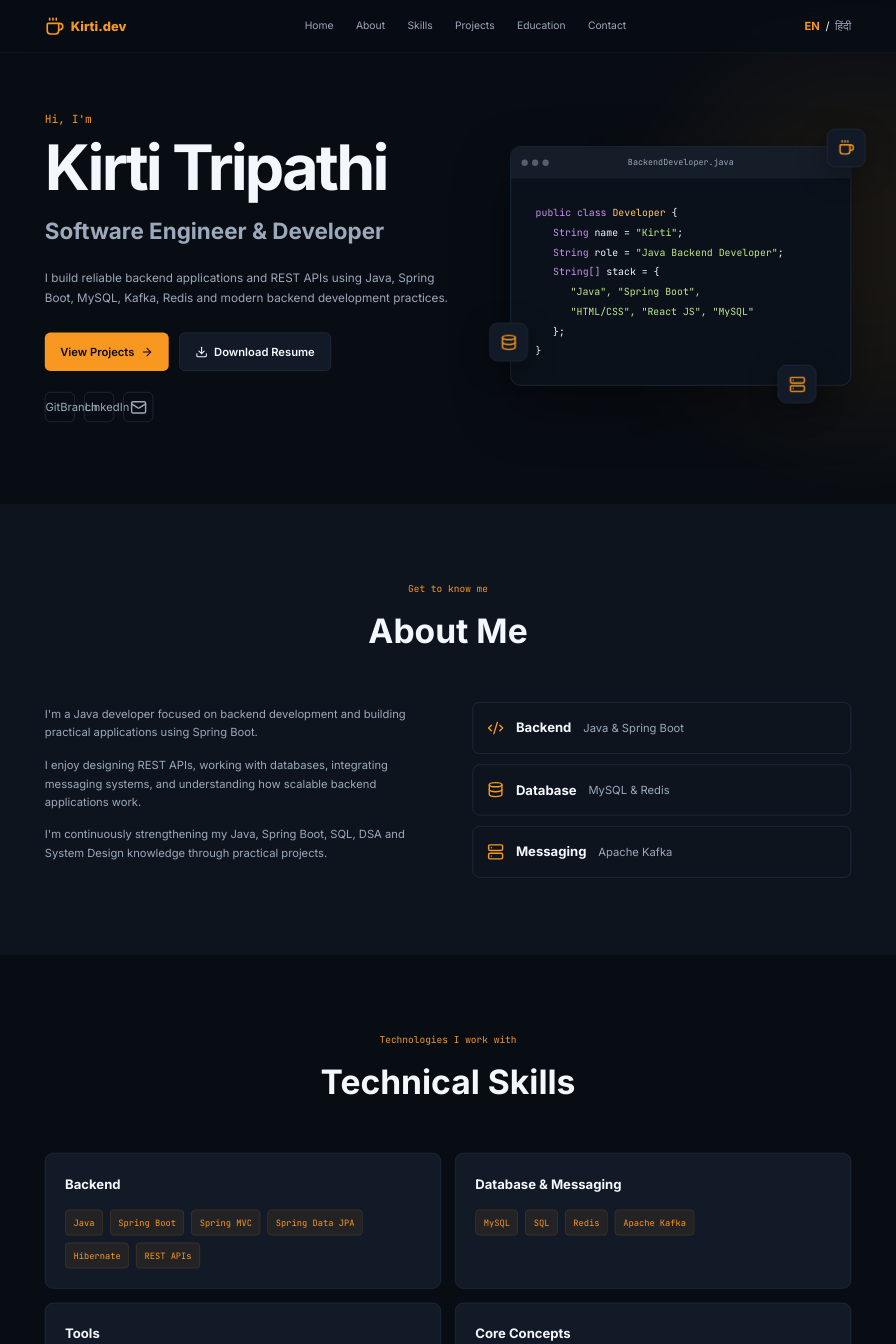
Repository: Rashi-Kirti06/En-Hi-Portfolio
Page: /
The author's editor kept a copy of each file at every save. The page is drawn from the files as they stood at one save, then again after a run of saves.
The browser window is 1280 px wide. The pictures show the part of the page from y = 0 to 1920 px (the page is 4837 px tall before and 4852 px after), at 70% of full size.
The project was rebuilt for these pictures with package versions that can differ from the ones it lists, and the page was loaded fresh each time. Also part of the build but not shown: vite.config.js.

Above is the page before, as saved 2026-09-06 16:03:45.

After the next 7 saves:
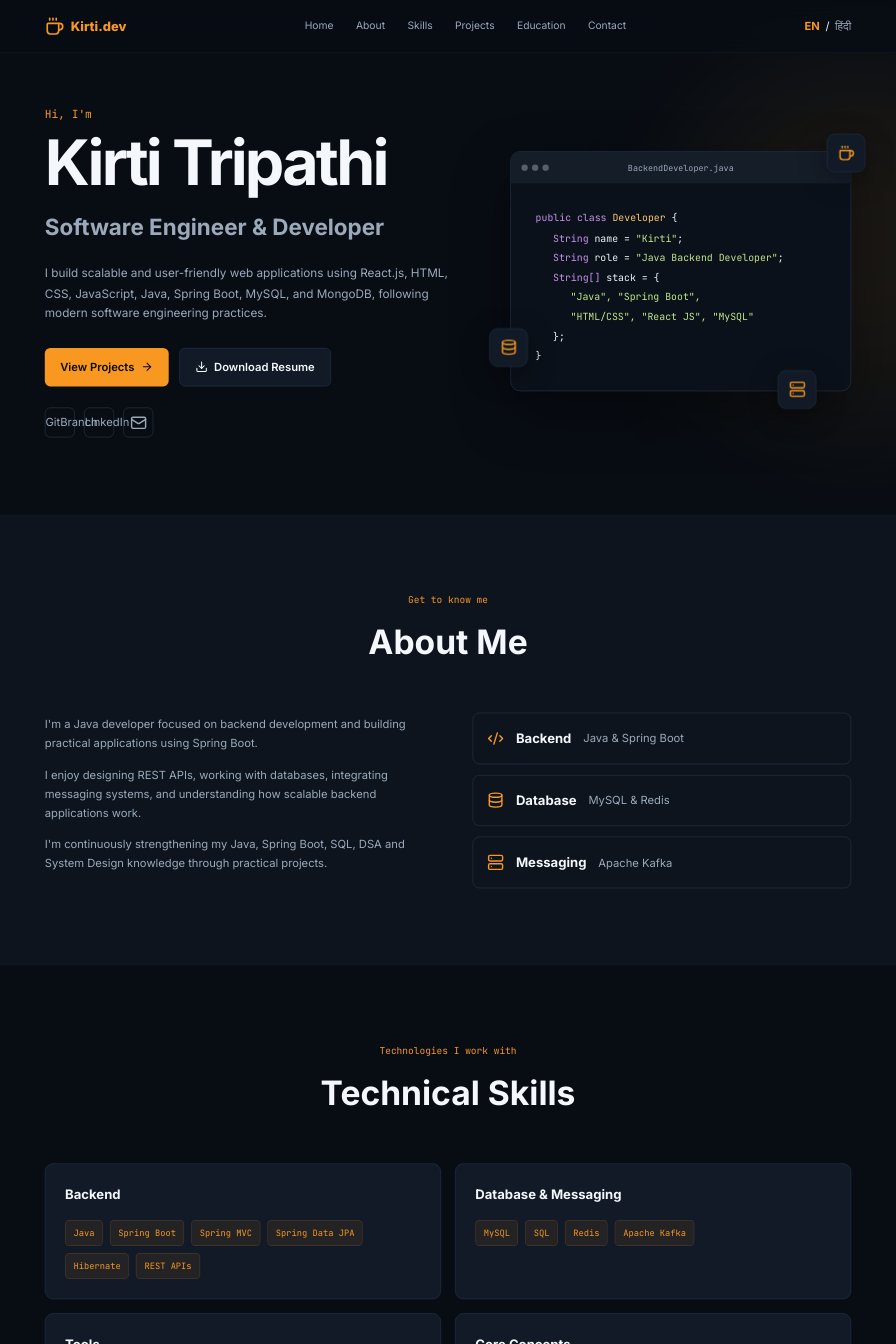
The 7 saves are shown as one change because 1 did not build or start and some came seconds apart.
The last was saved 4 min 19 s later.
--- a/src/data/translations.jsx
+++ b/src/data/translations.jsx
@@ -13,8 +13,7 @@ export const translations = {
       greeting: "Hi, I'm",
       name: "Kirti Tripathi",
       role: "Software Engineer & Developer",
-      description:
-        "I build reliable backend applications and REST APIs using Java, Spring Boot, MySQL, Kafka, Redis and modern backend development practices.",
+      description: "I build scalable and user-friendly web applications using React.js, HTML, CSS, JavaScript, Java, Spring Boot, MySQL, and MongoDB, following modern software engineering practices.",
       projectsButton: "View Projects",
       resumeButton: "Download Resume",
     //   available: "Open to Java Backend Opportunities",
